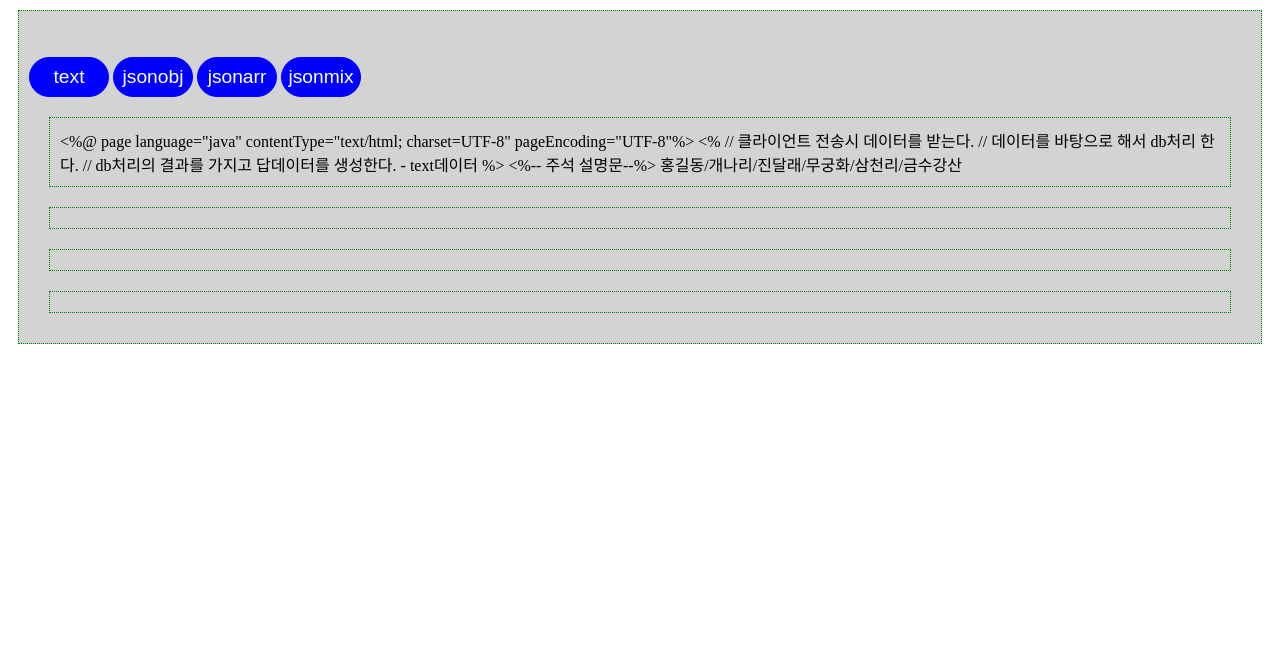
Repository: JJaeHwan/HTML
Page: jquerypro/WebContent/0117/datatype.html
The author's editor kept a copy of each file at every save. The page is drawn from the files as they stood at one save, then again after the next save.
The browser window is 1280 px wide. The pictures show the whole page.
After loading, the first visible `#text` was clicked once.

Above is the page before, as saved 2023-01-17 05:40:53.

### jquerypro/WebContent/0117/datatype.html
<!DOCTYPE html>
<html>
<head>
<meta charset="UTF-8">
<title>Insert title here</title>
<link rel="stylesheet" href="../css/public.css">
<script src="../js/jquery-3.6.3.min.js" type="text/javascript"></script>

<script type="text/javascript">

xhr = new XMLHttpRequest();

	$(function() {
		$('#text').on('click', function() {

			// 요청
			xhr.open('get', 'text.jsp', true);
			xhr.send()

			// 응답
			xhr.onreadystatechange = function() {
				alert(this.readyState)

				if(this.readyState==4 && this.status == 200){
					res = this.responseText;

					arr = res.split("/");

					code = "<ul>";

					$.each(arr, function(i,v) {
						code += "<li>" + arr[i] +"</li>"
					})

					$('#res1').html(res);


				}
			}

		})

	})

</script>

</head>
<body>


<div class="box">
	<br><br>
	<input type="button" value="text" id="text">
	<input type="button" value="jsonobj" id="jobj">
	<input type="button" value="jsonarr" id="jarr">
	<input type="button" value="jsonmix" id="jmix">
	<br>

	<div id="res1"></div>
	<div id="res2"></div>
	<div id="res3"></div>
	<div id="res4"></div>
</div>
</body>
</html>

### jquerypro/WebContent/css/public.css
@charset "UTF-8";

pre{

	font-size: 1.5em;
	border: 5px double blue;
	border-left : none;
	border-right: none;
	padding: 10px;
	background-color: skyblue;

}

  .box{
  	margin: 10px;
  	padding: 10px;
  	border: 1px dotted green;
  	background-color: lightgray;

  }
  .box div{
  	/* height: 100px; */
  	padding: 10px;
  	margin: 20px;
  	border: 1px dotted green;
  }
  input[type=button]{
  	width: 80px;
  	height: 40px;
  	background: blue;
  	color: white;
  	font-size: 1.2em;
  	border-radius: 20px;
  	border : 1px solid blue;
  }

Loaded but not shown: jquerypro/WebContent/js/jquery-3.6.3.min.js (library)

After the next save:
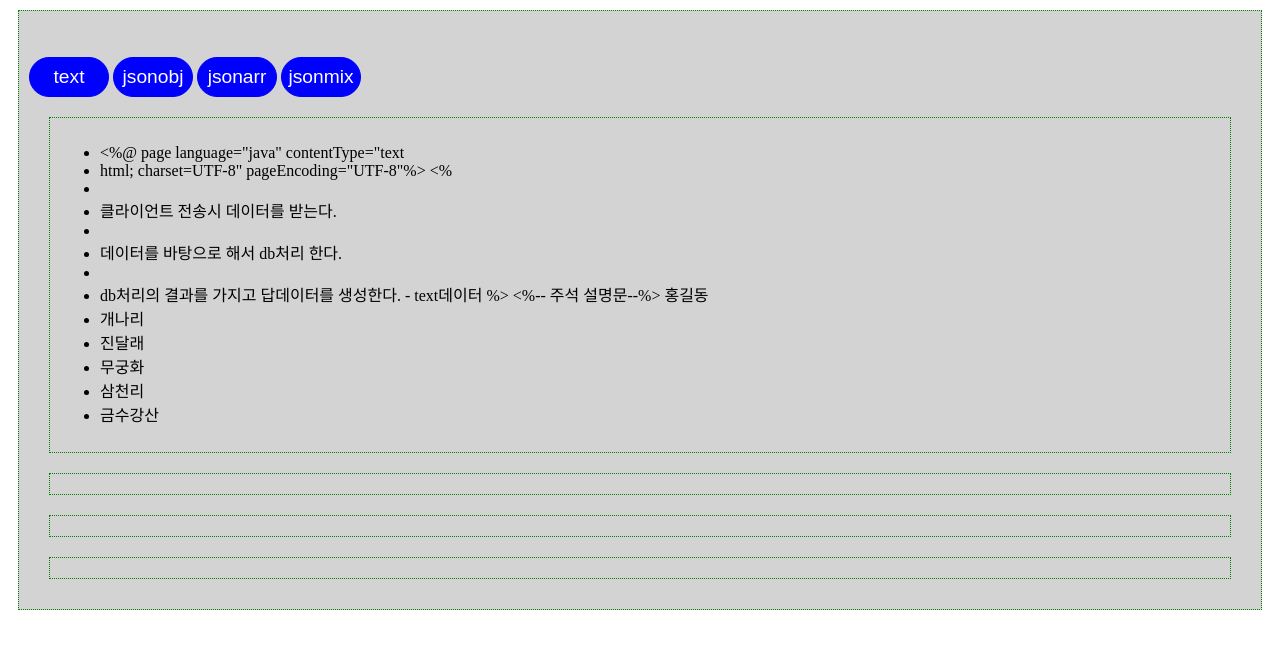
Saved 39 s later.
--- a/jquerypro/WebContent/0117/datatype.html
+++ b/jquerypro/WebContent/0117/datatype.html
@@ -32,7 +32,9 @@ xhr = new XMLHttpRequest();
 						code += "<li>" + arr[i] +"</li>"
 					})
 
-					$('#res1').html(res);
+					code += "</ul>";
+
+					$('#res1').html(code);
 
 
 				}
